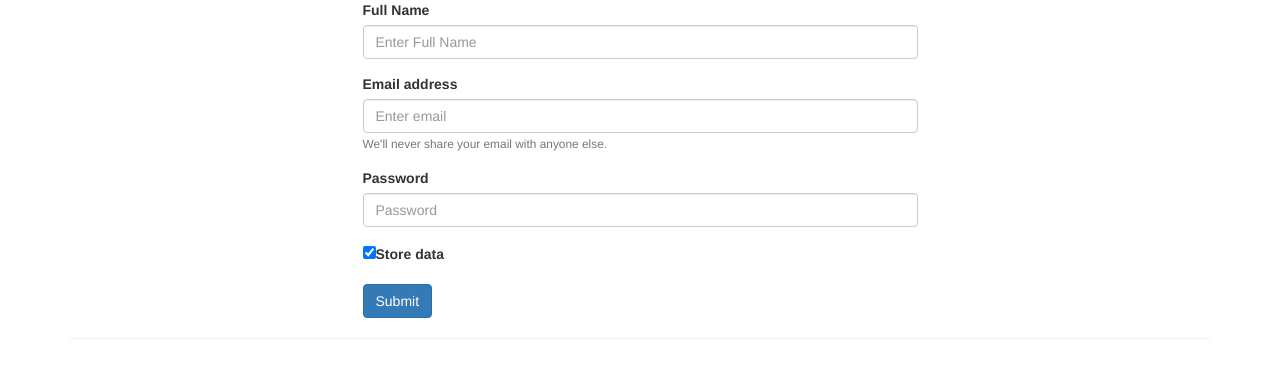
Repository: wojkos/Learn
Page: / (app in Vue/practise11/)
An editor plug-in stored every save of this project. The page is shown before and after the next save, followed by the edit.
The browser window is 1280 px wide. The pictures show the whole page.
The project was rebuilt for these pictures with package versions that can differ from the ones it lists, and the page was loaded fresh each time. Also part of the build but not shown: Vue/practise11/webpack.config.js.

Above is the page before, as saved 2018-05-16 00:04:15.

### Vue/practise11/src/App.vue
<template>
    <div class="container">
        <form v-if="!isSubmited">
            <div class="row">
                <div class="col-xs-12 col-sm-8 col-sm-offset-2 col-md-6 col-md-offset-3">
                   <appFull v-model="fullName"></appFull>
                    <div class="form-group">
                        <label for="exampleInputEmail1">Email address</label>
                        <input type="email" class="form-control" id="exampleInputEmail1" aria-describedby="emailHelp" placeholder="Enter email"
                        v-model="emailAddress">
                        <small id="emailHelp" class="form-text text-muted">We'll never share your email with anyone else.</small>
                    </div>
                    <div class="form-group">
                        <label for="exampleInputPassword1">Password</label>
                        <input type="password" class="form-control" id="exampleInputPassword1" placeholder="Password"
                        v-model="password">
                    </div>
                    <div class="form-group form-check">
                        <input type="checkbox" class="form-check-input" id="exampleCheck1"  v-model="storeData">
                        <label class="form-check-label" for="exampleCheck1">Store data</label>
                    </div>
                    <button
                        class="btn btn-primary"
                        @click.prevent="submitted">Submit</button>
                    <!-- Exercise 1 -->
                    <!-- Create a Signup Form where you retrieve the following Information -->
                    <!-- Full Name (First Name + Last Name) -->
                    <!-- Mail -->
                    <!-- Password -->
                    <!-- Store Data? Yes/No -->

                    <!-- Exercise 2 -->
                    <!-- Only display the Form if it has NOT been submitted -->
                    <!-- Display the Data Summary ONCE the Form HAS been submitted -->

                    <!-- Exercise 3 -->
                    <!-- Edit the Example from above and create a custom "Full Name" Control -->
                    <!-- which still holds the First Name and Last Name Input Field -->
                </div>
            </div>
        </form>
        <hr>
        <div class="row" v-if="isSubmited">
            <div class="col-xs-12 col-sm-8 col-sm-offset-2 col-md-6 col-md-offset-3">
                <div class="panel panel-default">
                    <div class="panel-heading">
                        <h4>Your Data</h4>
                    </div>
                    <div class="panel-body">
                        <p>Full Name: {{ fullName }}</p>
                        <p>Mail: {{ emailAddress }}</p>
                        <p>Password: {{ password }} </p>
                        <p>Store in Database?: {{ storeData }} </p>
                    </div>
                </div>
            </div>
        </div>
    </div>
</template>

<script>
    import FullName from './FullName.vue';

    export default {
        data () {
            return {
                fullName: '',
                password: '',
                emailAddress: '',
                storeData: true,
                isSubmited: false
            }
        },
        methods: {
            submitted () {
                this.isSubmited = true;
            }
        },
        components: {
            appFull: FullName
        }
    }
</script>

<style>
</style>

### Vue/practise11/src/FullName.vue
<template>
     <div class="form-group">
                        <label for="exampleInputFullName">Full Name</label>
                        <input type="email" class="form-control" id="exampleInputFullName" placeholder="Enter Full Name">
                    </div>
</template>

<script>
export default {

}
</script>

Loaded but not shown: Vue/practise11/index.html (common file); Vue/practise11/src/main.js (common file)

After the next save:
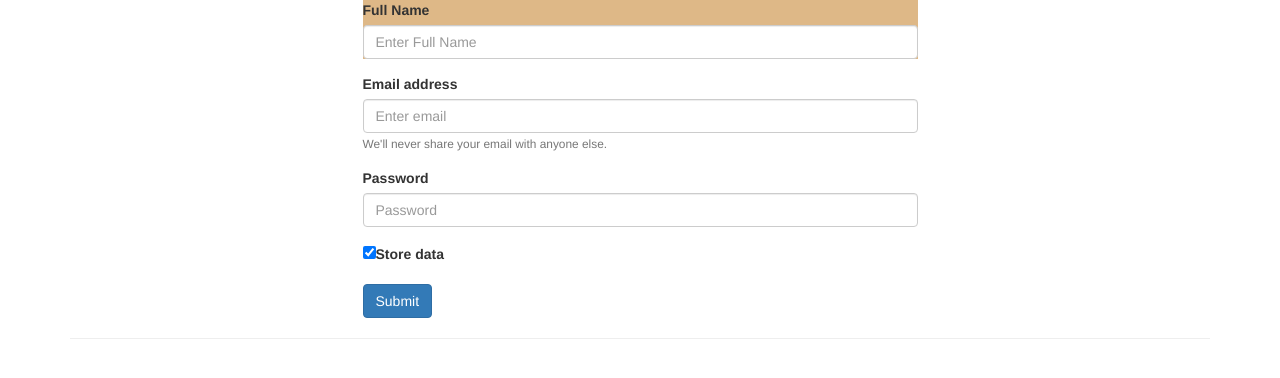
Saved 117 s later.
--- a/Vue/practise11/src/FullName.vue
+++ b/Vue/practise11/src/FullName.vue
@@ -10,3 +10,9 @@ export default {
 
 }
 </script>
+
+<style scoped>
+    .form-group {
+        background-color: burlywood;
+    }
+</style>
